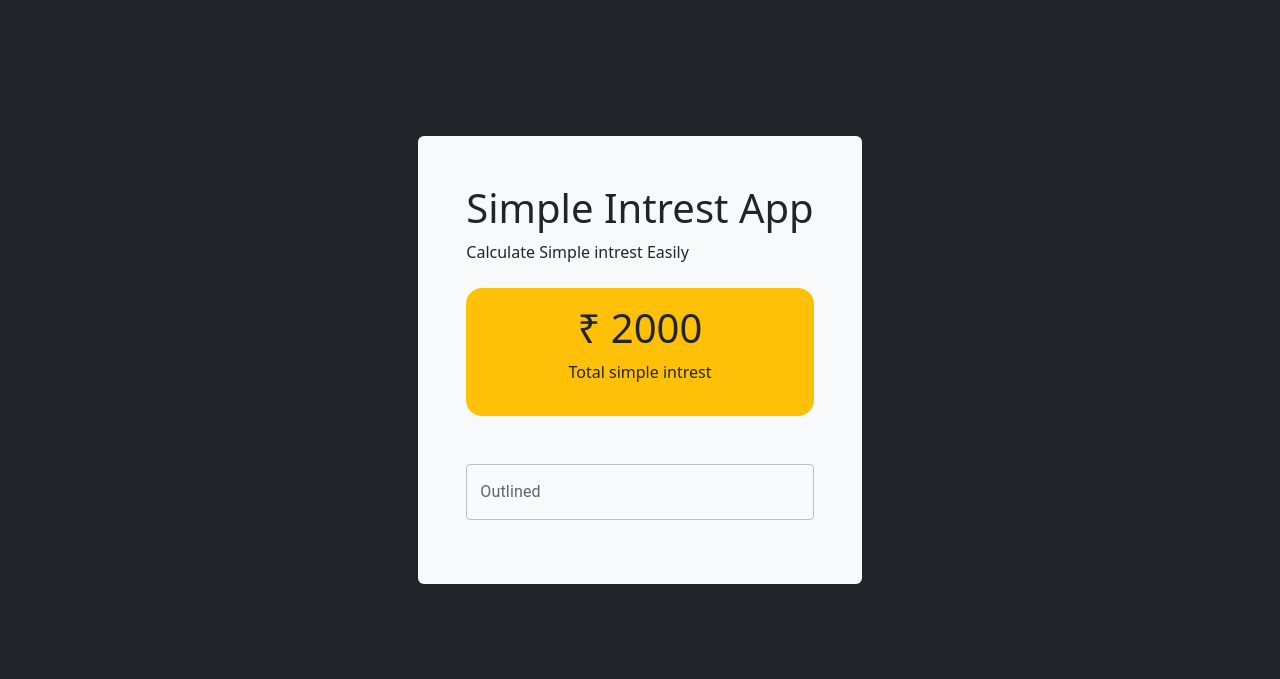
Repository: Afraz13/simple-intrest
Page: /
The author's editor kept a copy of each file at every save. The page is drawn from the files as they stood at one save, then again after the next save.
The browser window is 1280 px wide. The pictures show the whole page.
The project was rebuilt for these pictures with package versions that can differ from the ones it lists, and the page was loaded fresh each time. Also part of the build but not shown: src/index.css, src/App.css.

Above is the page before, as saved 2024-07-15 20:42:51.

After the next save:
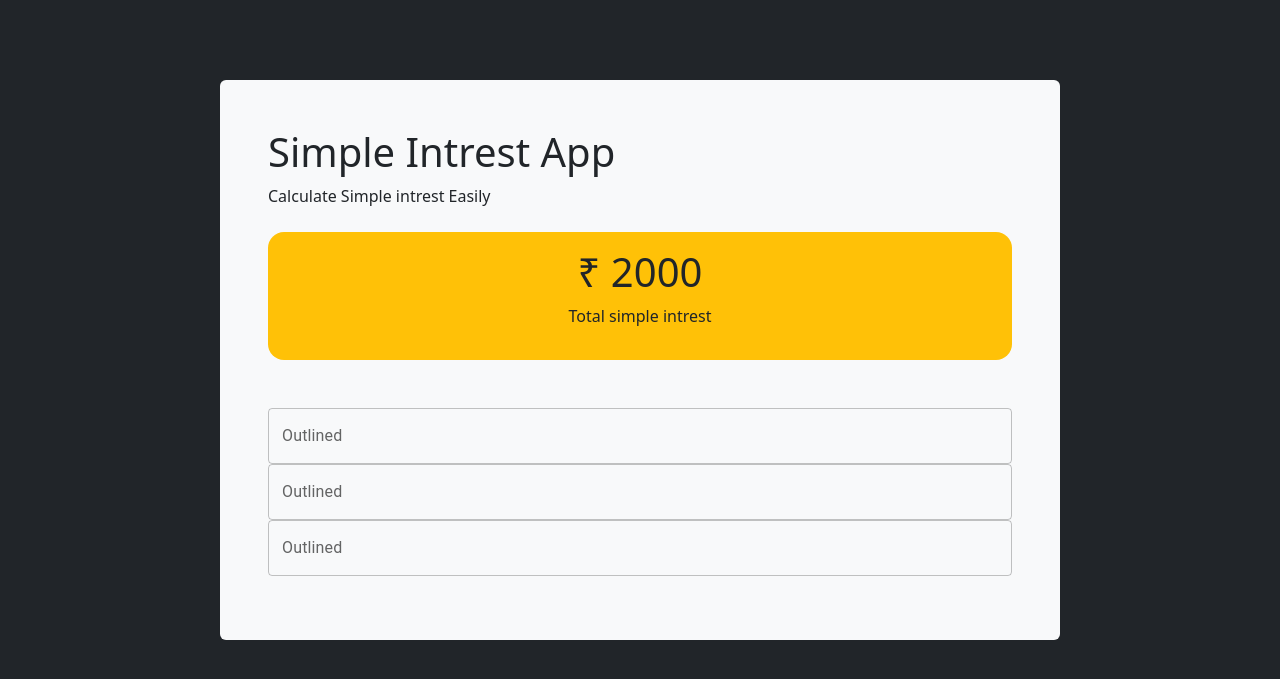
Saved 20 s later.
--- a/src/App.js
+++ b/src/App.js
@@ -15,6 +15,8 @@
     <form action="" className='mt-5'>
      <div className='mb-3'>
      <TextField className='w-100' id="outlined-basic" label="Outlined" variant="outlined" />
+     <TextField className='w-100' id="outlined-basic" label="Outlined" variant="outlined" />
+     <TextField className='w-100' id="outlined-basic" label="Outlined" variant="outlined" />
 
      </div>
     </form>

After the 3 saves that followed:
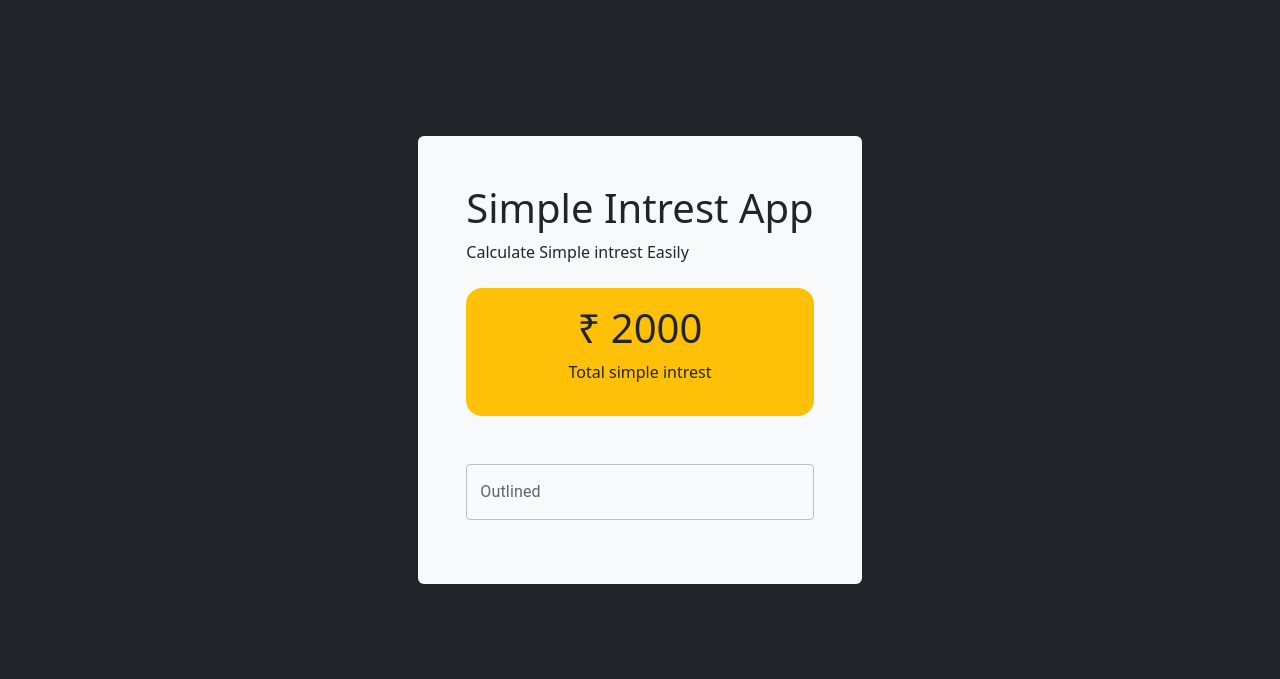
The 3 saves are shown as one change because they came seconds apart.
The last was saved 26 s later.
--- a/src/App.js
+++ b/src/App.js
@@ -15,9 +15,6 @@
     <form action="" className='mt-5'>
      <div className='mb-3'>
      <TextField className='w-100' id="outlined-basic" label="Outlined" variant="outlined" />
-     <TextField className='w-100' id="outlined-basic" label="Outlined" variant="outlined" />
-     <TextField className='w-100' id="outlined-basic" label="Outlined" variant="outlined" />
-
      </div>
     </form>
     </div>
